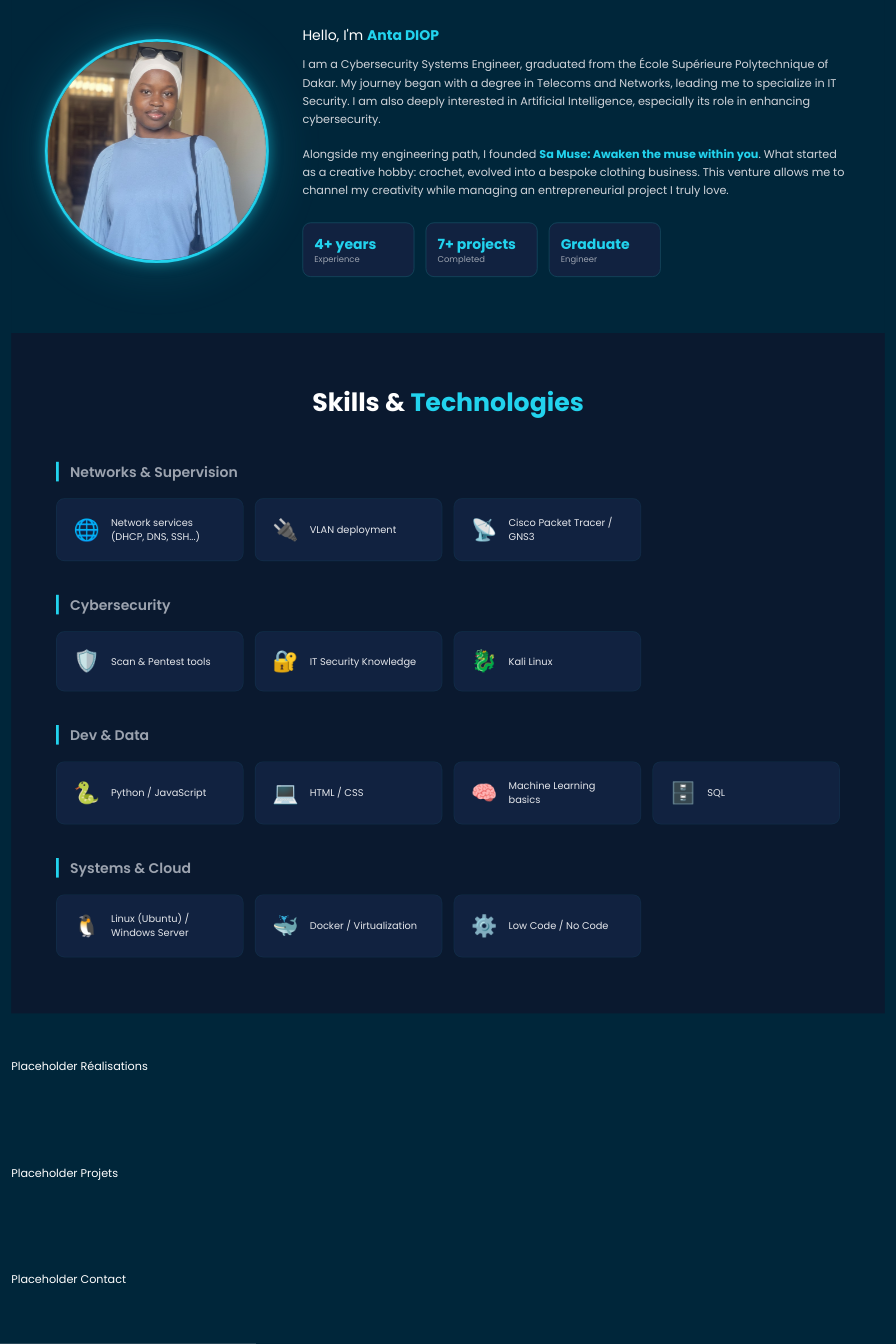
Repository: AntaaaKD/Mon-Portfolio
Page: /
These files come from the project's save history. The page is drawn as it stood at one moment and after the next save; the edit follows.
The browser window is 1280 px wide. The pictures show the part of the page from y = 944 to 2864 px (the page is 2864 px tall before and 2730 px after), at 70% of full size.
The project was rebuilt for these pictures with package versions that can differ from the ones it lists, and the page was loaded fresh each time.

Above is the page before, as saved 2026-01-14 23:17:22.

### public/index.html
<!DOCTYPE html>
<html lang="en">
  <link href="https://fonts.googleapis.com/css2?family=Poppins:wght@400;600;700&display=swap" rel="stylesheet">
  <head>
    <meta charset="utf-8" />
    <link rel="icon" href="%PUBLIC_URL%/favicon.ico" />
    <meta name="viewport" content="width=device-width, initial-scale=1" />
    <meta name="theme-color" content="#000000" />
    <meta
      name="description"
      content="Web site created using create-react-app"
    />
    <link rel="apple-touch-icon" href="%PUBLIC_URL%/logo192.png" />
    <!--
      manifest.json provides metadata used when your web app is installed on a
      user's mobile device or desktop. See https://developers.google.com/web/fundamentals/web-app-manifest/
    -->
    <link rel="manifest" href="%PUBLIC_URL%/manifest.json" />
    <!--
      Notice the use of %PUBLIC_URL% in the tags above.
      It will be replaced with the URL of the `public` folder during the build.
      Only files inside the `public` folder can be referenced from the HTML.

      Unlike "/favicon.ico" or "favicon.ico", "%PUBLIC_URL%/favicon.ico" will
      work correctly both with client-side routing and a non-root public URL.
      Learn how to configure a non-root public URL by running `npm run build`.
    -->
    <title>React App</title>
  </head>
  <body>
    <noscript>You need to enable JavaScript to run this app.</noscript>
    <div id="root"></div>
    <!--
      This HTML file is a template.
      If you open it directly in the browser, you will see an empty page.

      You can add webfonts, meta tags, or analytics to this file.
      The build step will place the bundled scripts into the <body> tag.

      To begin the development, run `npm start` or `yarn start`.
      To create a production bundle, use `npm run build` or `yarn build`.
    -->
  </body>
</html>

### src/index.css
@tailwind base;
@tailwind components;
@tailwind utilities;

body {
  margin: 0;
  font-family: 'Poppins', sans-serif;
  -webkit-font-smoothing: antialiased;
  -moz-osx-font-smoothing: grayscale;
}

code {
  font-family: source-code-pro, Menlo, Monaco, Consolas, 'Courier New',
    monospace;
}

### src/App.js
import React from 'react';
import Navbar from './components/Navbar';
import Home from './components/Home';  // Ajoute cet import
import About from './components/About';
import Skills from './components/Skills';

function App() {
  return (
    <div className="min-h-screen bg-custom-blue text-white">
      <Navbar />
      <main className="container mx-auto p-4">
        <Home />  {/* Remplace le placeholder */}
        <About />
        <Skills />
        <section id="achievements" className="py-16">Placeholder Réalisations</section>
        <section id="projects" className="py-16">Placeholder Projets</section>
        <section id="contact" className="py-16">Placeholder Contact</section>
      </main>
    </div>
  );
}

export default App;

### src/components/Navbar.jsx
import React, { useState, useEffect } from 'react';

const Navbar = () => {
  const [scrolled, setScrolled] = useState(false);

  useEffect(() => {
    const handleScroll = () => {
      if (window.scrollY > 50) {
        setScrolled(true);
      } else {
        setScrolled(false);
      }
    };

    window.addEventListener('scroll', handleScroll);
    return () => window.removeEventListener('scroll', handleScroll);
  }, []);

  return (
    <nav
        className={`p-4 sticky top-0 z-10 transition-all duration-300 ${
            scrolled
            ? 'bg-custom-blue bg-opacity-0 backdrop-blur-md'  // Semi-transparent (30%) + blur fort
            : 'bg-custom-blue'  // Bleu solide au top
        }`}
    >
        <div className="container mx-auto flex justify-between items-center">
            <h1 className="text-xl font-bold text-blue-text">AD</h1>
            <ul className="flex space-x-6 text-white">
            <li><a href="#home" className="hover:text-cyan-300">Home</a></li>
            <li><a href="#about" className="hover:text-cyan-300">About</a></li>
            <li><a href="#skills" className="hover:text-cyan-300">Skills</a></li>
            <li><a href="#achievements" className="hover:text-cyan-300">Achievements</a></li>
            <li><a href="#projects" className="hover:text-cyan-300">Projects</a></li>
            <li><a href="#contact" className="hover:text-cyan-300">Contact</a></li>
            </ul>
        </div>
    </nav>
  );
};

export default Navbar;

### src/components/Home.jsx
import React, { useEffect, useRef } from 'react';
import Typed from 'typed.js';

const Home = () => {
  // Création d'une référence pour l'élément qui accueillera l'animation
  const el = useRef(null);

  useEffect(() => {
    const typed = new Typed(el.current, {
      strings: [
        "Cybersecurity Engineer",
        "Founder of Sa Muse",
      ],
      typeSpeed: 100,
      backSpeed: 90,
      loop: true,
    });

    // Nettoyage de l'animation pour éviter les bugs de mémoire
    return () => {
      typed.destroy();
    };
  }, []);

  return (
    <section id="home" className="flex flex-col items-center justify-center h-screen text-center px-4">
      <h1 className="text-6xl font-bold mb-4">
        Hi, I'm <span className="text-blue-text">Anta DIOP</span>
      </h1>

      {/* On applique la ref ici pour l'animation */}
      <h2 className="text-2xl font-bold text-cyan-400 mb-6 h-8">
        <span ref={el}></span>
      </h2>

      <p className="text-lg mb-8 max-w-2xl">
        A Cybersecurity Engineer, I am passionate about analyzing, protecting, and detecting threats across systems and networks.
        I am also particularly interested in artificial intelligence applied to cybersecurity, a field that offers highly promising perspectives.
      </p>

      <div className="flex space-x-4">
        <a href="#projects" className="bg-blue-text text-lg px-6 py-3 rounded-full hover:bg-cyan-400 transition">
            View my Projects
        </a>
        <a href="/cv.pdf" download className="px-6 py-3 rounded-full border border-cyan-500 text-lg hover:bg-cyan-500 hover:text-custom-blue transition">
            Download CV
        </a>
      </div>
    </section>
  );
};

export default Home;

### src/components/About.jsx
import React from 'react';

const About = () => {
  return (
    <section id="about" className="py-20 px-4 bg-custom-blue text-white">
      <div className="max-w-6xl mx-auto">
        {/* Titre de la section */}
        <h2 className="text-4xl font-bold text-center mb-16">
          About <span className="text-cyan-400">Me</span>
        </h2>

        <div className="flex flex-col md:flex-row items-center justify-between gap-12">

          {/* Colonne Image avec l'effet de halo bleu */}
          <div className="relative w-64 h-64 md:w-80 md:h-80">
            <div className="absolute inset-0 rounded-full bg-cyan-400 opacity-20 blur-2xl animate-pulse"></div>
            <div className="relative w-full h-full rounded-full border-4 border-cyan-400 overflow-hidden shadow-[0_0_20px_rgba(34,211,238,0.5)]">
              <img
                src="/image1.png"
                alt="Anta DIOP"
                className="w-full h-full object-cover"
              />
            </div>
          </div>

          {/* Colonne Texte */}
          <div className="flex-1 text-center md:text-left">
            <h3 className="text-xl mb-4">
              Hello, I'm <span className="text-cyan-400 font-bold">Anta DIOP</span>
            </h3>
            <p className="text-gray-300 mb-6 leading-relaxed">
              I am a Cybersecurity Systems Engineer, graduated from the École Supérieure Polytechnique of Dakar.
              My journey began with a degree in Telecoms and Networks, leading me to specialize in IT Security.
              I am also deeply interested in Artificial Intelligence, especially its role in enhancing cybersecurity.
            </p>
            <p className="text-gray-300 mb-8 leading-relaxed">
              Alongside my engineering path, I founded <span className="text-cyan-400 font-bold"> Sa Muse: Awaken the muse within you</span>.
              What started as a creative hobby: crochet, evolved into a bespoke clothing business. This venture allows me to channel my creativity while managing an entrepreneurial project I truly love.
            </p>

            {/* Cartes de statistiques (comme sur le modèle) */}
            <div className="flex flex-wrap justify-center md:justify-start gap-4">
              <div className="bg-[#112240] p-4 rounded-xl border border-cyan-900 w-40">
                <p className="text-cyan-400 font-bold text-xl">4+ years</p>
                <p className="text-xs text-gray-400">Experience</p>
              </div>
              <div className="bg-[#112240] p-4 rounded-xl border border-cyan-900 w-40">
                <p className="text-cyan-400 font-bold text-xl">7+ projects</p>
                <p className="text-xs text-gray-400">Completed</p>
              </div>
              <div className="bg-[#112240] p-4 rounded-xl border border-cyan-900 w-40">
                <p className="text-cyan-400 font-bold text-xl">Graduate</p>
                <p className="text-xs text-gray-400">Engineer</p>
              </div>
            </div>
          </div>

        </div>
      </div>
    </section>
  );
};

export default About;

### src/components/Skills.jsx
import React from 'react';

const Skills = () => {
  const categories = [
    {
      title: "Networks & Supervision",
      skills: [
        { name: 'Network services (DHCP, DNS, SSH...)', icon: '🌐' },
        { name: 'VLAN deployment', icon: '🔌' },
        { name: 'Cisco Packet Tracer / GNS3', icon: '📡' }
      ]
    },
    {
      title: "Cybersecurity",
      skills: [
        { name: 'Scan & Pentest tools', icon: '🛡️' },
        { name: 'IT Security Knowledge', icon: '🔐' },
        { name: 'Kali Linux', icon: '🐉' }
      ]
    },
    {
      title: "Dev & Data",
      skills: [
        { name: 'Python / JavaScript', icon: '🐍' },
        { name: 'HTML / CSS', icon: '💻' },
        { name: 'Machine Learning basics', icon: '🧠' },
        { name: 'SQL', icon: '🗄️' }
      ]
    },
    {
      title: "Systems & Cloud",
      skills: [
        { name: 'Linux (Ubuntu) / Windows Server', icon: '🐧' },
        { name: 'Docker / Virtualization', icon: '🐳' },
        { name: 'Low Code / No Code', icon: '⚙️' }
      ]
    }
  ];

  return (
    <section id="skills" className="py-20 bg-[#0a192f] text-white">
      <div className="max-w-6xl mx-auto px-4">
        <h2 className="text-4xl font-bold text-center mb-16">
          Skills & <span className="text-cyan-400">Technologies</span>
        </h2>

        <div className="space-y-12">
          {categories.map((category, idx) => (
            <div key={idx}>
              <h3 className="text-xl font-semibold mb-6 text-gray-400 border-l-4 border-cyan-400 pl-4">
                {category.title}
              </h3>
              <div className="grid grid-cols-1 sm:grid-cols-2 lg:grid-cols-4 gap-4">
                {category.skills.map((skill, index) => (
                  <div
                    key={index}
                    className="bg-[#112240] p-6 rounded-xl border border-cyan-900/30 flex items-center gap-4 transition-all hover:border-cyan-400 hover:bg-[#1d335a] group"
                  >
                    <span className="text-3xl group-hover:scale-110 transition-transform">
                      {skill.icon}
                    </span>
                    <span className="text-sm font-medium text-gray-200">
                      {skill.name}
                    </span>
                  </div>
                ))}
              </div>
            </div>
          ))}
        </div>
      </div>
    </section>
  );
};

export default Skills;

### tailwind.config.js
/** @type {import('tailwindcss').Config} */
module.exports = {
  content: [
    "./src/**/*.{js,jsx,ts,tsx}",
  ],
  theme: {
    extend: {
      colors: {
        'custom-blue': 'rgb(0, 38, 58)',  // Ton bleu exact ici
        'blue-text': 'rgb(1, 120, 160)',
      },
    },
  },
  plugins: [],
};

Loaded but not shown: src/index.js (common file); src/reportWebVitals.js (common file)

After the next save:
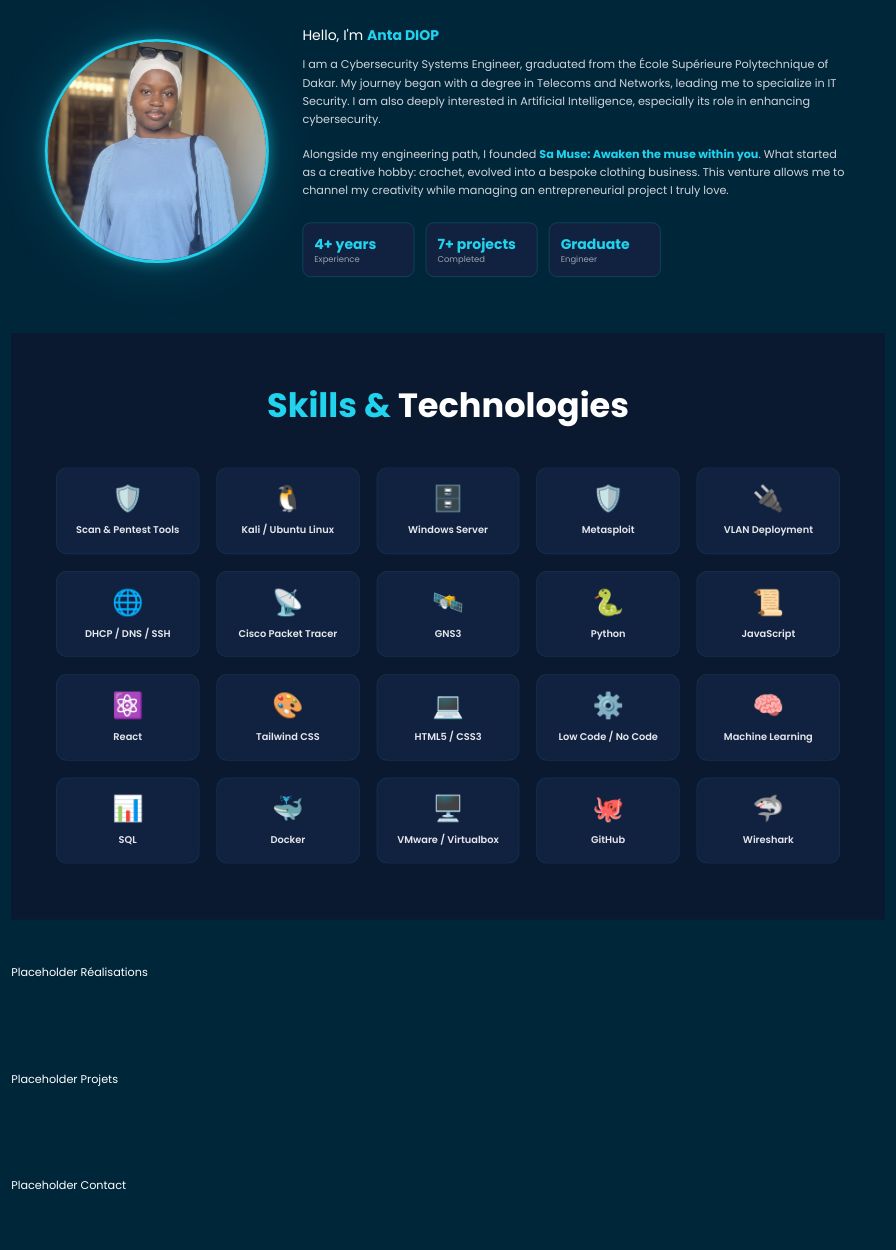
Saved 2 min 13 s later.
--- a/src/components/Skills.jsx
+++ b/src/components/Skills.jsx
@@ -1,70 +1,57 @@
 import React from 'react';
 
 const Skills = () => {
-  const categories = [
-    {
-      title: "Networks & Supervision",
-      skills: [
-        { name: 'Network services (DHCP, DNS, SSH...)', icon: '🌐' },
-        { name: 'VLAN deployment', icon: '🔌' },
-        { name: 'Cisco Packet Tracer / GNS3', icon: '📡' }
-      ]
-    },
-    {
-      title: "Cybersecurity",
-      skills: [
-        { name: 'Scan & Pentest tools', icon: '🛡️' },
-        { name: 'IT Security Knowledge', icon: '🔐' },
-        { name: 'Kali Linux', icon: '🐉' }
-      ]
-    },
-    {
-      title: "Dev & Data",
-      skills: [
-        { name: 'Python / JavaScript', icon: '🐍' },
-        { name: 'HTML / CSS', icon: '💻' },
-        { name: 'Machine Learning basics', icon: '🧠' },
-        { name: 'SQL', icon: '🗄️' }
-      ]
-    },
-    {
-      title: "Systems & Cloud",
-      skills: [
-        { name: 'Linux (Ubuntu) / Windows Server', icon: '🐧' },
-        { name: 'Docker / Virtualization', icon: '🐳' },
-        { name: 'Low Code / No Code', icon: '⚙️' }
-      ]
-    }
+  const allSkills = [
+    // Cybersecurity & OS
+    { name: 'Scan & Pentest Tools', icon: '🛡️' },
+    { name: 'Kali / Ubuntu Linux', icon: '🐧' },
+    { name: 'Windows Server', icon: '🗄️' },
+    { name: 'Metasploit', icon: '🛡️' },
+
+    // Networks & Simulation
+    { name: 'VLAN Deployment', icon: '🔌' },
+    { name: 'DHCP / DNS / SSH', icon: '🌐' },
+    { name: 'Cisco Packet Tracer', icon: '📡' },
+    { name: 'GNS3', icon: '🛰️' },
+
+    // Programming & Web
+    { name: 'Python', icon: '🐍' },
+    { name: 'JavaScript', icon: '📜' },
+    { name: 'React', icon: '⚛️' },
+    { name: 'Tailwind CSS', icon: '🎨' },
+    { name: 'HTML5 / CSS3', icon: '💻' },
+    { name: 'Low Code / No Code', icon: '⚙️' },
+
+    // Data & Tools
+    { name: 'Machine Learning', icon: '🧠' },
+    { name: 'SQL', icon: '📊' },
+    { name: 'Docker', icon: '🐳' },
+    { name: 'VMware / Virtualbox', icon: '🖥️' },
+    { name: 'GitHub', icon: '🐙' },
+    { name: 'Wireshark', icon: '🦈' }
   ];
 
   return (
     <section id="skills" className="py-20 bg-[#0a192f] text-white">
-      <div className="max-w-6xl mx-auto px-4">
-        <h2 className="text-4xl font-bold text-center mb-16">
-          Skills & <span className="text-cyan-400">Technologies</span>
+      <div className="max-w-6xl mx-auto px-4 text-center">
+        {/* Titre calqué sur le modèle image_41199f.png */}
+        <h2 className="text-5xl font-bold mb-16 text-cyan-400">
+          Skills & <span className="text-white">Technologies</span>
         </h2>
 
-        <div className="space-y-12">
-          {categories.map((category, idx) => (
-            <div key={idx}>
-              <h3 className="text-xl font-semibold mb-6 text-gray-400 border-l-4 border-cyan-400 pl-4">
-                {category.title}
+        {/* Grille d'outils individuels */}
+        <div className="grid grid-cols-2 sm:grid-cols-3 md:grid-cols-4 lg:grid-cols-5 gap-6">
+          {allSkills.map((skill, index) => (
+            <div
+              key={index}
+              className="bg-[#112240] p-6 rounded-2xl border border-cyan-900/40 flex flex-col items-center justify-center transition-all duration-300 hover:border-cyan-400 hover:-translate-y-2 hover:shadow-[0_0_15px_rgba(34,211,238,0.2)] group"
+            >
+              <div className="text-4xl mb-4 group-hover:scale-110 transition-transform">
+                {skill.icon}
+              </div>
+              <h3 className="text-sm font-semibold text-gray-200 text-center leading-tight">
+                {skill.name}
               </h3>
-              <div className="grid grid-cols-1 sm:grid-cols-2 lg:grid-cols-4 gap-4">
-                {category.skills.map((skill, index) => (
-                  <div
-                    key={index}
-                    className="bg-[#112240] p-6 rounded-xl border border-cyan-900/30 flex items-center gap-4 transition-all hover:border-cyan-400 hover:bg-[#1d335a] group"
-                  >
-                    <span className="text-3xl group-hover:scale-110 transition-transform">
-                      {skill.icon}
-                    </span>
-                    <span className="text-sm font-medium text-gray-200">
-                      {skill.name}
-                    </span>
-                  </div>
-                ))}
-              </div>
             </div>
           ))}
         </div>
